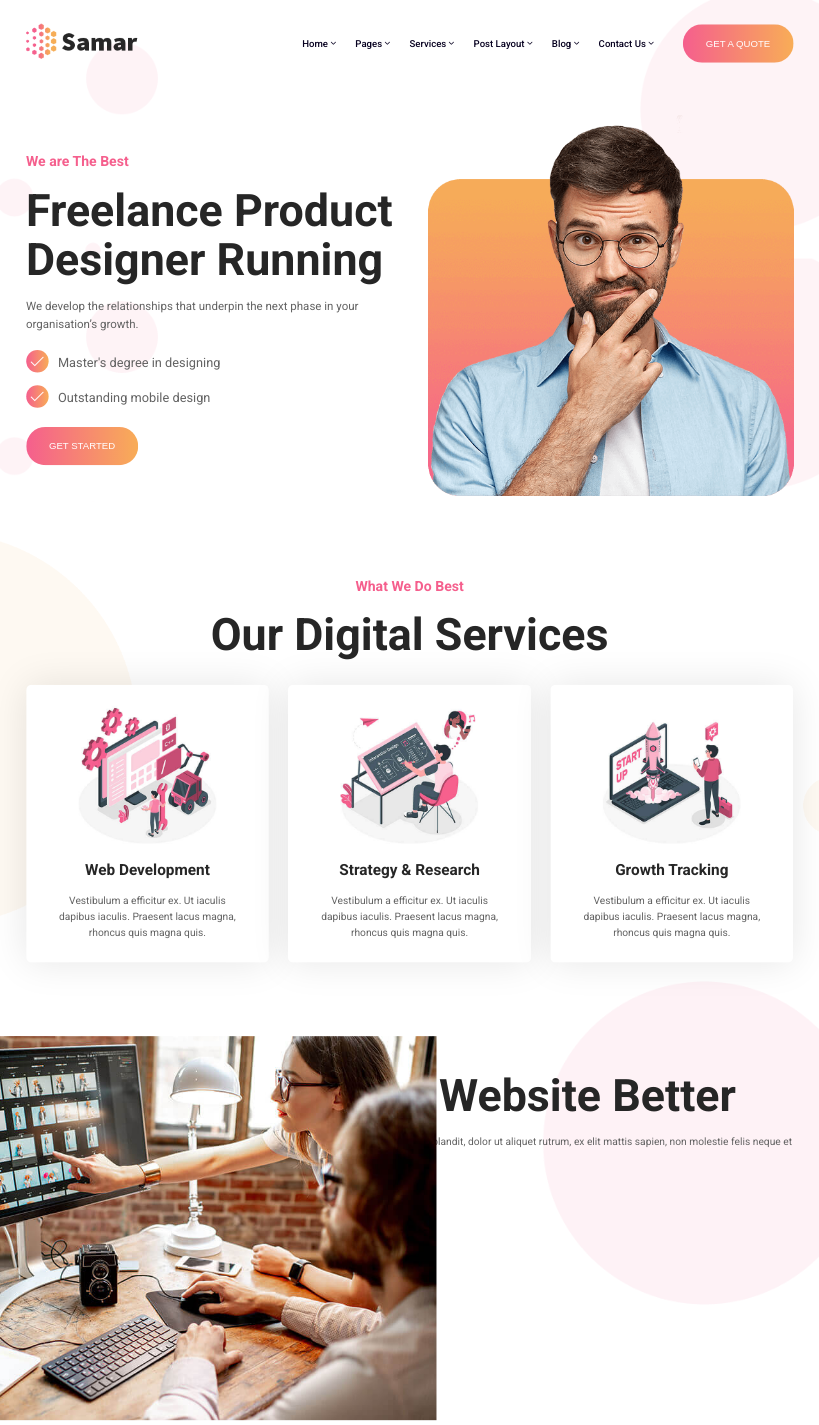
Repository: ducdatit2002/samar
Page: index.html
The author's editor kept a copy of each file at every save. The page is drawn from the files as they stood at one save, then again after the next save.
The browser window is 1280 px wide. The pictures show the whole page, at 64% of full size.

Above is the page before, as saved 2023-07-26 23:59:40.

After the next save:
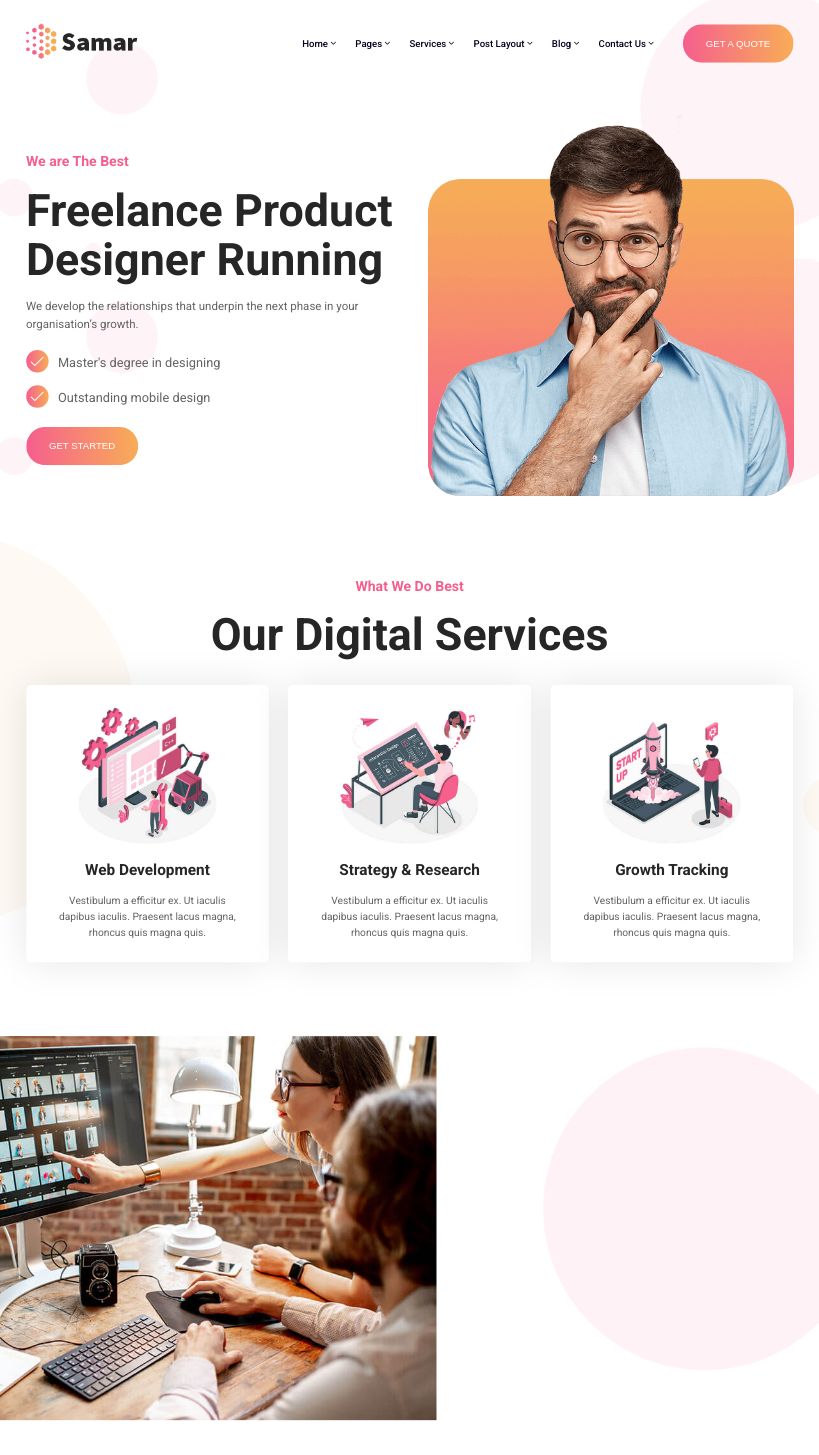
Saved 13 s later.
--- a/index.css
+++ b/index.css
@@ -205,6 +205,9 @@ header {
     position: absolute;
     left: -17%;
 }
+.aboutUs__right {
+    width: 50%;
+}
 
 
 
